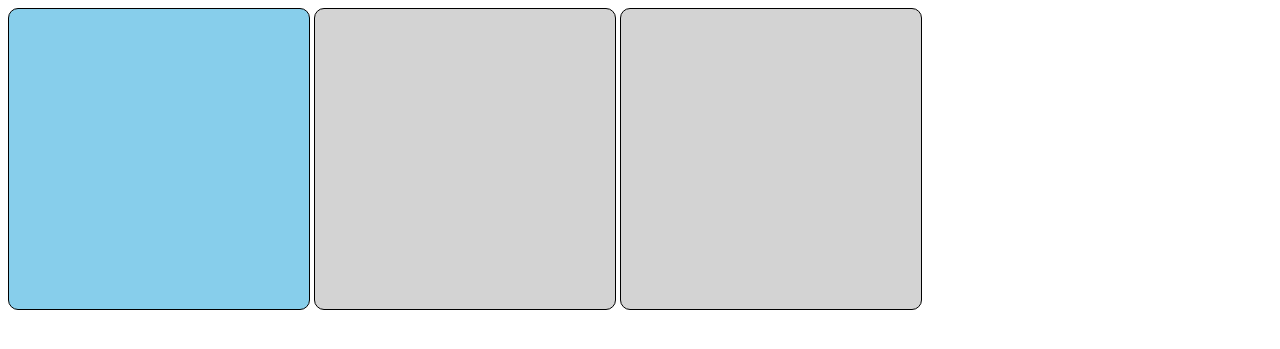
Repository: Iamjordana/html-css
Page: Html Css/Exercicios/ex22/fundo01.html
These files come from the project's save history. The page is drawn as it stood at one moment and after a run of saves; the edit follows.
The browser window is 1280 px wide. The pictures show the whole page.

Above is the page before, as saved 2025-04-11 13:34:42.

### Html Css/Exercicios/ex22/fundo01.html
<!DOCTYPE html>
<html lang="pt-br">
<head>
    <meta charset="UTF-8">
    <meta name="viewport" content="width=device-width, initial-scale=1.0">
    <title>Teste de Imagem de fundo</title>

    <style>
        div.quadrado{
            border: 1px solid black;
            border-radius: 10px;
            width: 300px;
            height: 300px;
            background-color: lightgrey;
            display: inline-block;
        }

        div#q1{
            background-color: skyblue;
        }
        div#q2{
            background-image: -moz-linear-gradient();
        }
        div#q3{

        }
    </style>

</head>
<body>

    <div class="quadrado" id="q1">

    </div>

    <div class="quadrado" id="q2">

    </div>

    <div class="quadrado" id="q3">

    </div>


</body>
</html>

After the next 3 saves:
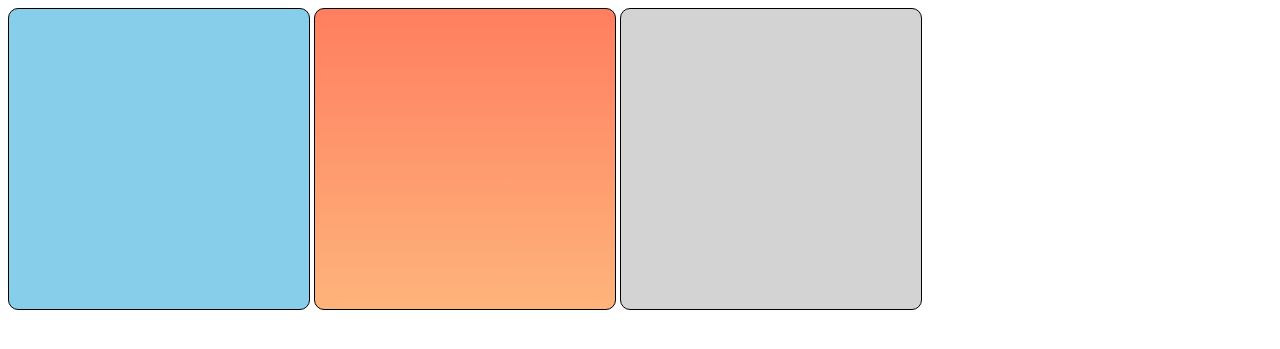
The 3 saves are shown as one change because they came seconds apart.
The last was saved 14 s later.
--- a/Html Css/Exercicios/ex22/fundo01.html
+++ b/Html Css/Exercicios/ex22/fundo01.html
@@ -19,7 +19,7 @@
             background-color: skyblue;
         }
         div#q2{
-            background-image: -moz-linear-gradient();
+            background-image: linear-gradient(to bottom, #ff7e5f, #feb47b);
         }
         div#q3{
 
